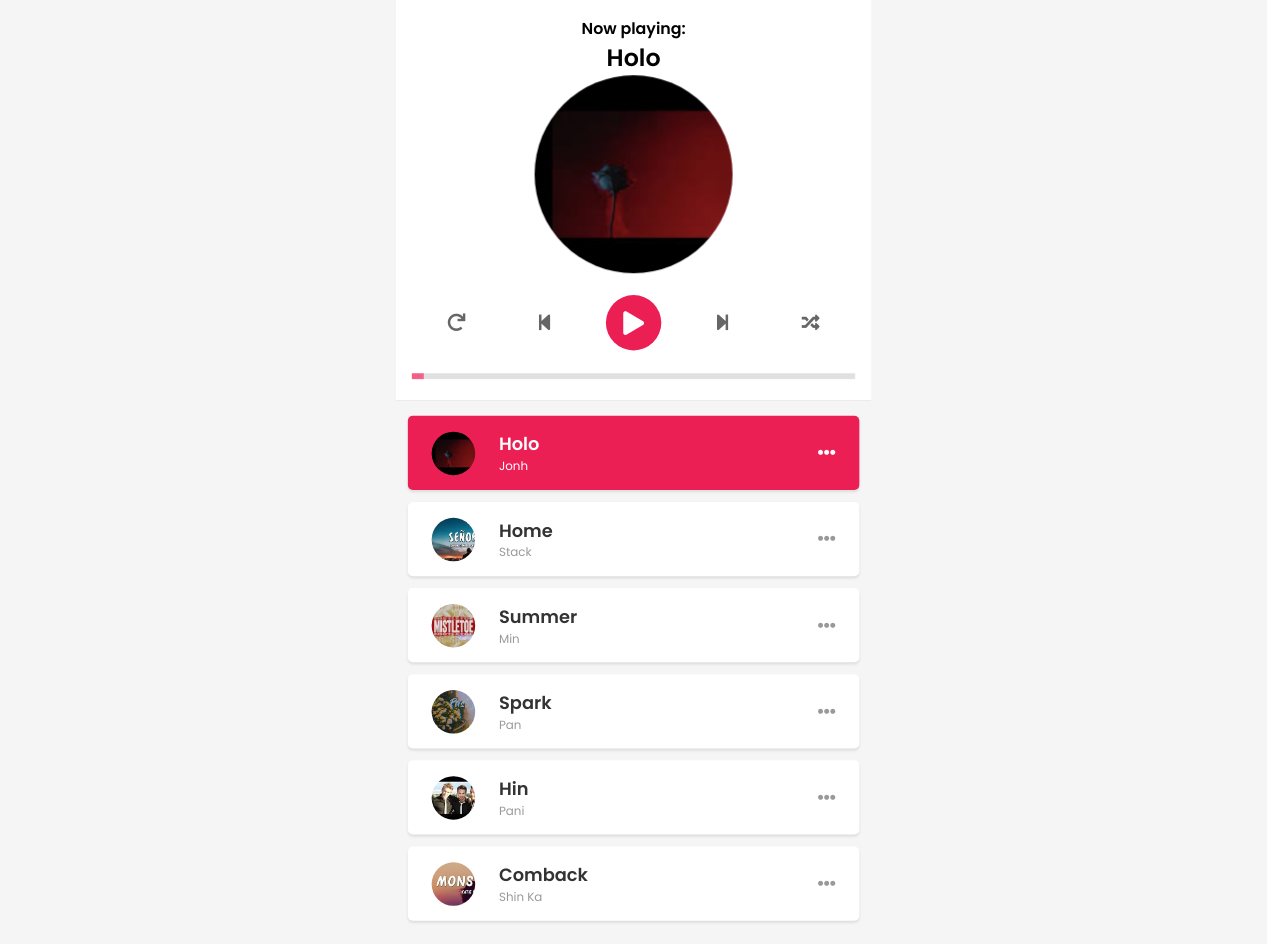
Repository: MinhNhatIT2901/Mp3-clon
Page: index.html
The author's editor kept a copy of each file at every save. The page is drawn from the files as they stood at one save, then again after the next save.
The browser window is 1280 px wide. The pictures show the whole page, at 99% of full size.

Above is the page before, as saved 2022-01-02 14:52:21.

After the next save:
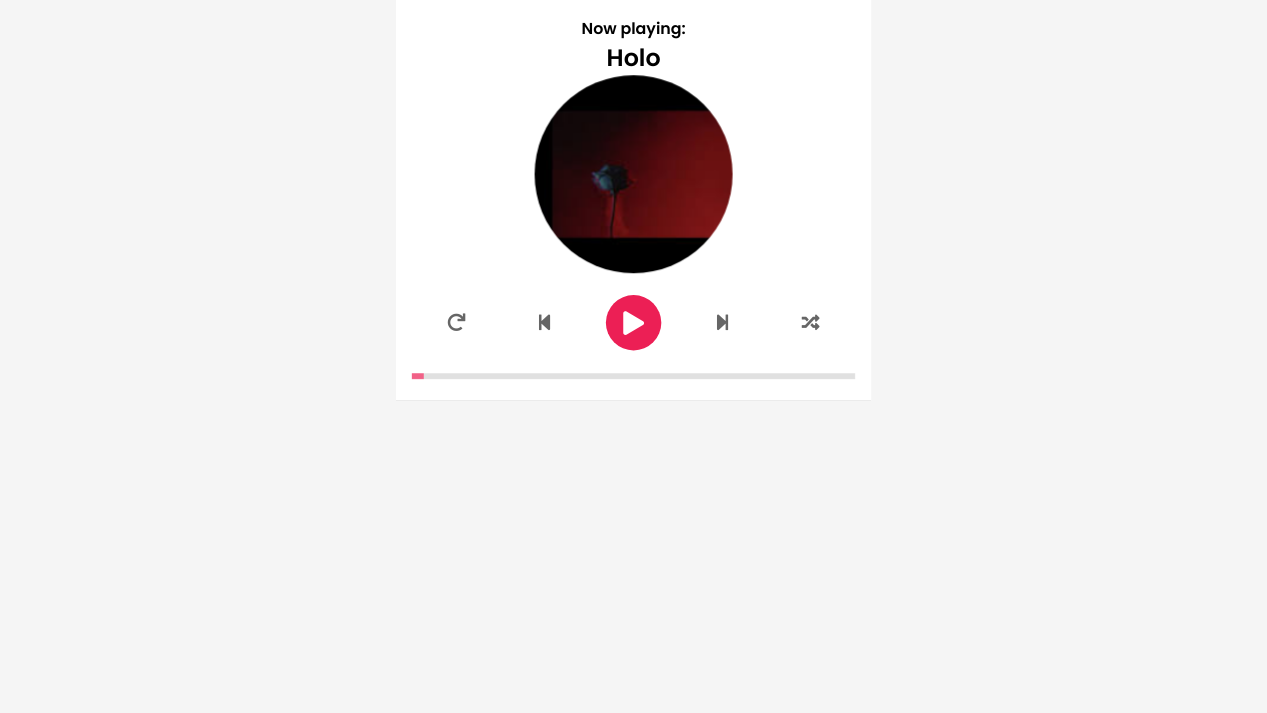
Saved 4 min 38 s later.
--- a/asset/css/app.js
+++ b/asset/css/app.js
@@ -12,6 +12,8 @@
 const nextBtn = $('.btn-next');
 const randomBtn = $('.btn-random');
 const repeatBtn = $('.btn-repeat');
+const playlist = $('.playlist' );
+
 
 const app = {
     currentIndex: 0,
@@ -73,7 +75,7 @@
             </div>
             `
         })
-        $('.playlist').innerHTML = htmls.join('');
+        innerHTML = htmls.join('');
     },
     defineProperties: function() {
         Object.defineProperty(this, 'currentSong', {

After the save that followed:
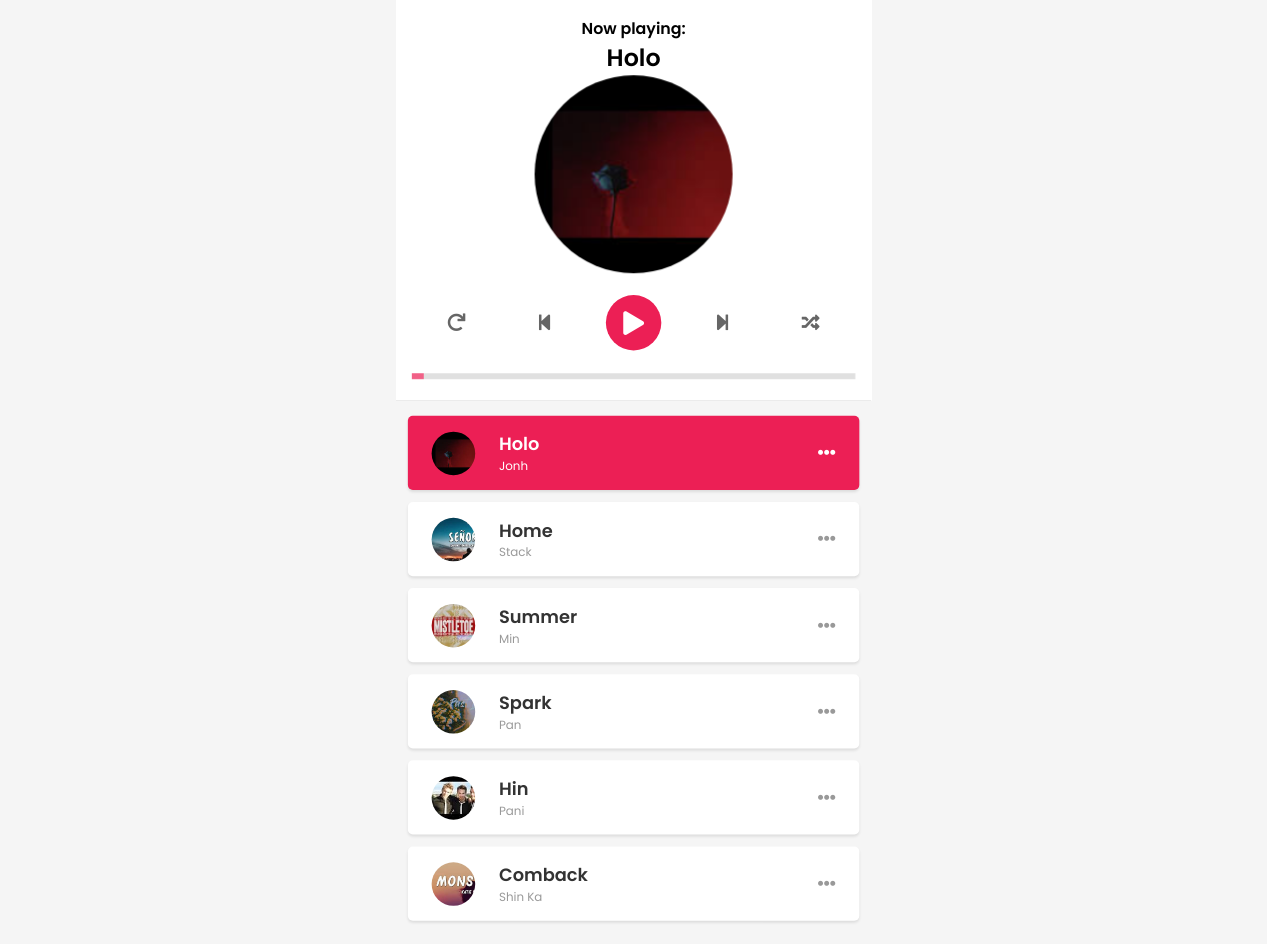
Saved 46 s later.
--- a/asset/css/app.js
+++ b/asset/css/app.js
@@ -12,7 +12,7 @@
 const nextBtn = $('.btn-next');
 const randomBtn = $('.btn-random');
 const repeatBtn = $('.btn-repeat');
-const playlist = $('.playlist' );
+const playList = $('.playlist');
 
 
 const app = {
@@ -75,7 +75,7 @@
             </div>
             `
         })
-        innerHTML = htmls.join('');
+        playList.innerHTML = htmls.join('');
     },
     defineProperties: function() {
         Object.defineProperty(this, 'currentSong', {
